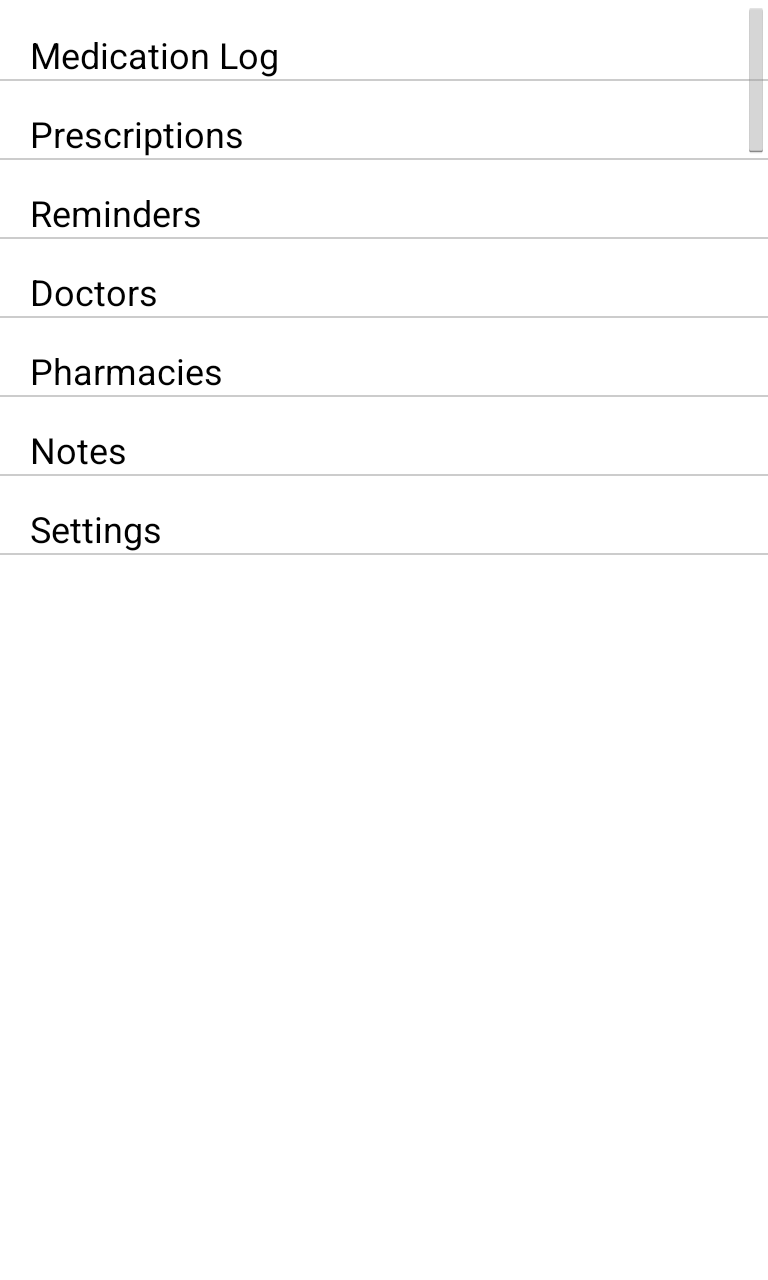
Repository: ranika/pilltracker
Layout: PillTracker/res/layout/fragment_main.xml
An editor plug-in stored every save of this project. The layout is shown before and after the next save, followed by the edit.
It is drawn on a 768 x 1280 px phone screen (xhdpi) without system bars, with theme AppTheme; the app's code is not run.

Above is the layout before, as saved 2014-04-10 02:55:07.

### PillTracker/res/layout/fragment_main.xml
<RelativeLayout xmlns:android="http://schemas.android.com/apk/res/android"
    android:layout_width="fill_parent"
    android:layout_height="fill_parent" >

    <TextView
        android:id="@+id/textView1"
        android:layout_width="wrap_content"
        android:layout_height="wrap_content"
        android:layout_alignParentLeft="true"
        android:layout_alignParentTop="true"
        android:layout_marginLeft="15dp"
        android:layout_marginTop="15dp"
        android:text="@string/med_log"
        android:textAppearance="?android:attr/textAppearanceMedium" />

    <View
        android:layout_width="fill_parent"
        android:layout_height="1dp"
        android:layout_alignParentLeft="true"
        android:layout_below="@+id/textView1"
        android:background="@color/black"
        android:paddingTop="20dp" />

    <TextView
        android:id="@+id/textView2"
        android:layout_width="wrap_content"
        android:layout_height="wrap_content"
        android:layout_alignLeft="@+id/textView1"
        android:layout_below="@+id/textView1"
        android:layout_marginTop="15dp"
        android:text="@string/prescriptions"
        android:textAppearance="?android:attr/textAppearanceMedium" />

    <View
        android:layout_width="fill_parent"
        android:layout_height="1dp"
        android:layout_alignParentLeft="true"
        android:layout_below="@+id/textView2"
        android:background="@color/black"
        android:paddingTop="20dp" />

    <TextView
        android:id="@+id/textView3"
        android:layout_width="wrap_content"
        android:layout_height="wrap_content"
        android:layout_alignLeft="@+id/textView2"
        android:layout_below="@+id/textView2"
        android:layout_marginTop="15dp"
        android:text="@string/reminders"
        android:textAppearance="?android:attr/textAppearanceMedium" />

    <View
        android:layout_width="fill_parent"
        android:layout_height="1dp"
        android:layout_alignParentLeft="true"
        android:layout_below="@+id/textView3"
        android:background="@color/black"
        android:paddingTop="20dp" />

    <TextView
        android:id="@+id/textView4"
        android:layout_width="wrap_content"
        android:layout_height="wrap_content"
        android:layout_alignLeft="@+id/textView3"
        android:layout_below="@+id/textView3"
        android:layout_marginTop="15dp"
        android:text="@string/doctors"
        android:textAppearance="?android:attr/textAppearanceMedium" />

    <View
        android:layout_width="fill_parent"
        android:layout_height="1dp"
        android:layout_alignParentLeft="true"
        android:layout_below="@+id/textView4"
        android:background="@color/black"
        android:paddingTop="20dp" />

    <TextView
        android:id="@+id/textView5"
        android:layout_width="wrap_content"
        android:layout_height="wrap_content"
        android:layout_alignLeft="@+id/textView4"
        android:layout_below="@+id/textView4"
        android:layout_marginTop="15dp"
        android:text="@string/pharmacies"
        android:textAppearance="?android:attr/textAppearanceMedium" />

    <View
        android:layout_width="fill_parent"
        android:layout_height="1dp"
        android:layout_alignParentLeft="true"
        android:layout_below="@+id/textView5"
        android:background="@color/black"
        android:paddingTop="20dp" />

    <TextView
        android:id="@+id/textView6"
        android:layout_width="wrap_content"
        android:layout_height="wrap_content"
        android:layout_alignLeft="@+id/textView5"
        android:layout_below="@+id/textView5"
        android:layout_marginTop="15dp"
        android:text="@string/notes"
        android:textAppearance="?android:attr/textAppearanceMedium" />

    <View
        android:layout_width="fill_parent"
        android:layout_height="1dp"
        android:layout_alignParentLeft="true"
        android:layout_below="@+id/textView6"
        android:background="@color/black"
        android:paddingTop="20dp" />

    <TextView
        android:id="@+id/textView7"
        android:layout_width="wrap_content"
        android:layout_height="wrap_content"
        android:layout_alignLeft="@+id/textView6"
        android:layout_below="@+id/textView6"
        android:layout_marginTop="15dp"
        android:text="@string/settings"
        android:textAppearance="?android:attr/textAppearanceMedium" />

    <View
        android:id="@+id/view1"
        android:layout_width="fill_parent"
        android:layout_height="1dp"
        android:layout_alignParentLeft="true"
        android:layout_below="@+id/textView7"
        android:background="@color/black"
        android:paddingTop="20dp" />

    <Button
        android:id="@+id/button1"
        android:layout_width="10dp"
        android:layout_height="wrap_content"
        android:layout_alignParentRight="true"
        android:layout_marginRight="1dp"
        android:drawableRight="@drawable/arrow" />

</RelativeLayout>

### PillTracker/res/values/strings.xml
<?xml version="1.0" encoding="utf-8"?>
<resources>

    <string name="app_name">Pill Tracker</string>
    <string name="action_settings">Settings</string>
	<string name="med_log">Medication Log</string>
	<string name="prescriptions">Prescriptions</string>
	<string name="reminders">Reminders</string>
	<string name="doctors">Doctors</string>
	<string name="pharmacies">Pharmacies</string>
	<string name="notes">Notes</string>
	<string name="settings">Settings</string>
	<color name="black">#CCCCCC</color>
</resources>

Loaded but not shown: PillTracker/res/values/styles.xml (common file); PillTracker/res/values-v11/styles.xml (common file); PillTracker/res/values-v14/styles.xml (common file)

After the next save:
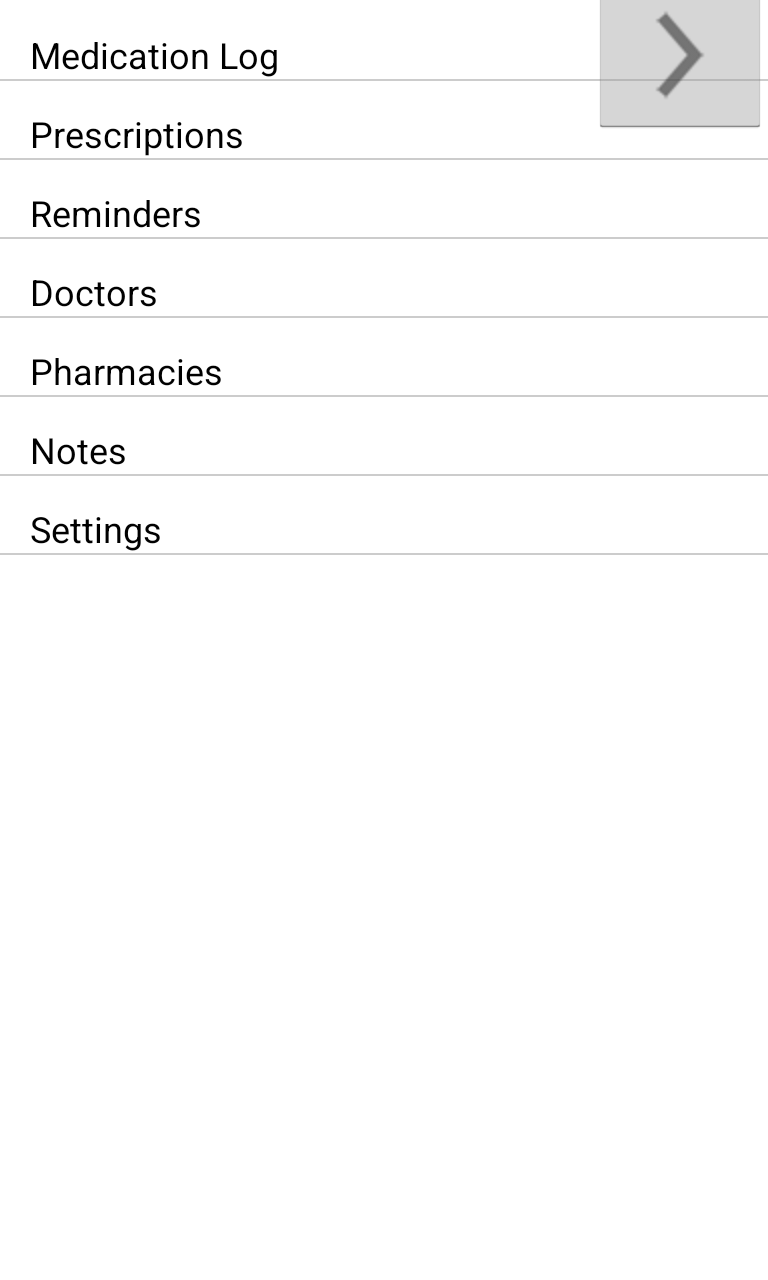
Saved 38 s later.
--- a/PillTracker/res/layout/fragment_main.xml
+++ b/PillTracker/res/layout/fragment_main.xml
@@ -132,10 +132,11 @@
 
     <Button
         android:id="@+id/button1"
-        android:layout_width="10dp"
+        android:layout_width="wrap_content"
         android:layout_height="wrap_content"
+        android:layout_alignBaseline="@+id/textView1"
+        android:layout_alignBottom="@+id/textView1"
         android:layout_alignParentRight="true"
-        android:layout_marginRight="1dp"
         android:drawableRight="@drawable/arrow" />
 
 </RelativeLayout>
